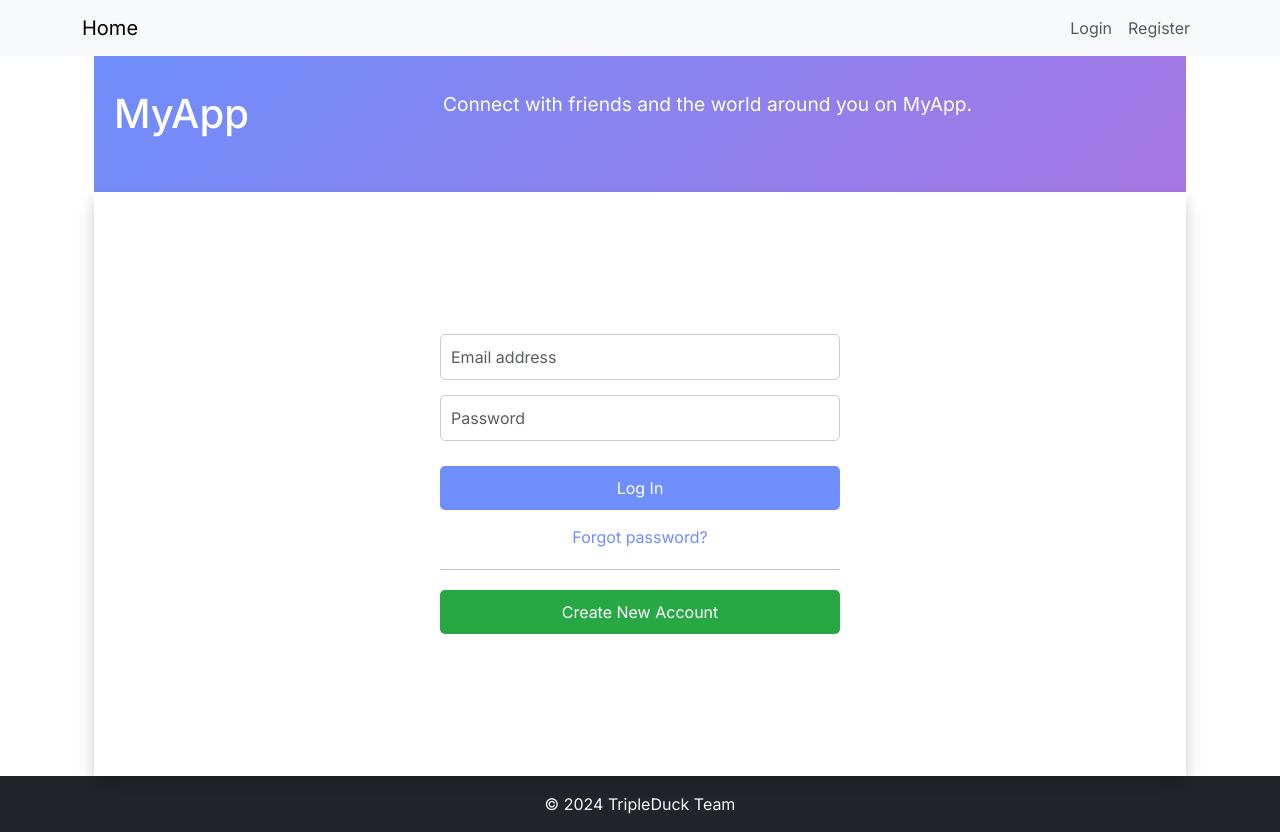
Repository: tdphong1293/KHDL01_DemoWebKafka
Page: /auth/login (app in Frontend_Client/)
The author's editor kept a copy of each file at every save. The page is drawn from the files as they stood at one save, then again after the next save.
The browser window is 1280 px wide. The pictures show the whole page.
The project was rebuilt for these pictures with package versions that can differ from the ones it lists, and the page was loaded fresh each time. The framework's server and built-in components were replaced by stand-ins that run in the browser. Also part of the build but not shown: Frontend_Client/next.config.mjs.

Above is the page before, as saved 2024-07-21 20:43:50.

After the next save:
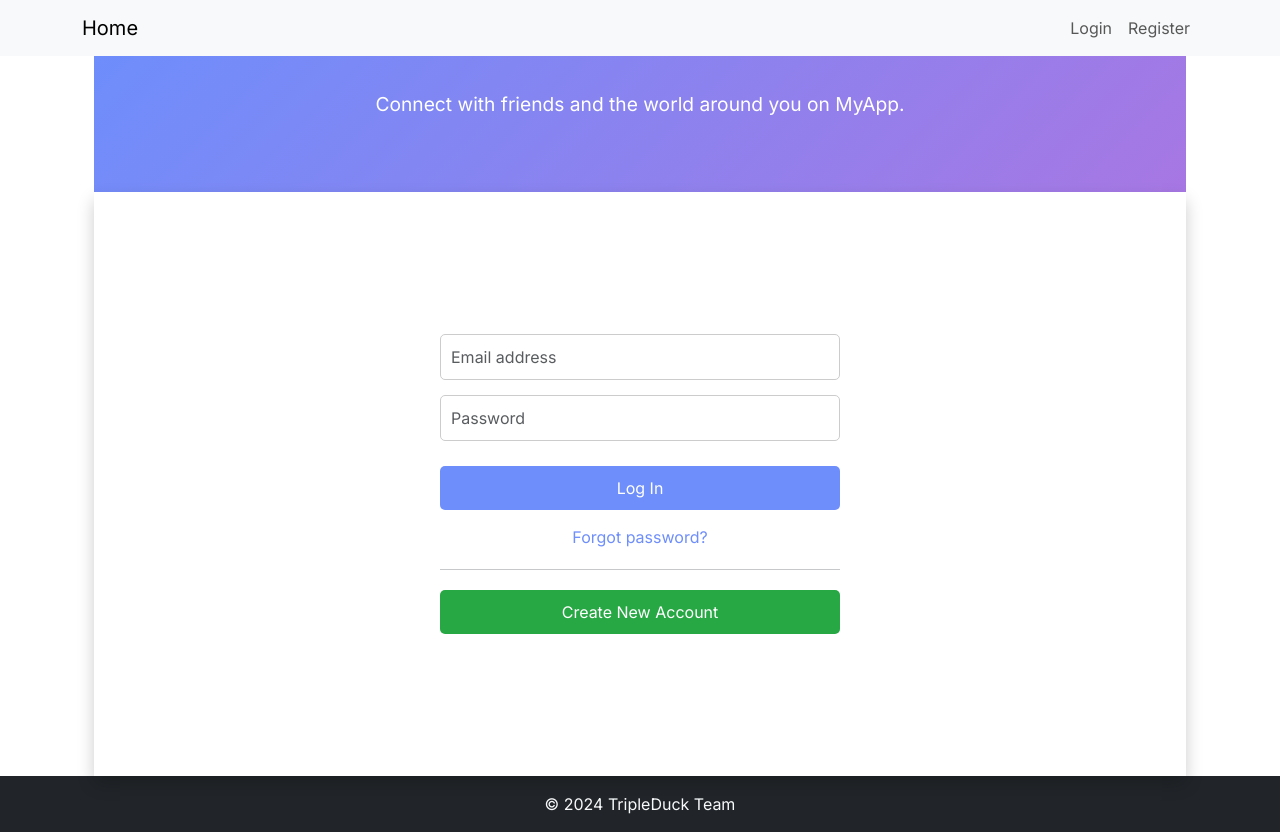
Saved 25 s later.
--- a/Frontend_Client/src/app/auth/login/page.tsx
+++ b/Frontend_Client/src/app/auth/login/page.tsx
@@ -16,7 +16,6 @@ const Login: FC = () => {
     <ClientLayout>
       <div className={styles.loginContainer}>
         <div className={styles.topPanel}>
-          <h1 className={styles.brand}>MyApp</h1>
           <p className={styles.description}>Connect with friends and the world around you on MyApp.</p>
         </div>
         <div className={styles.bottomPanel}>
